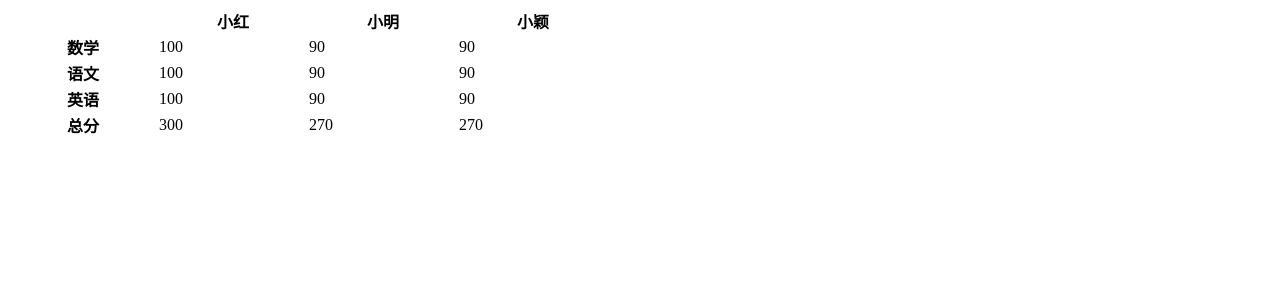
Repository: Lixianlai-2/html-demo-1
Page: table.html
These files come from the project's save history. The page is drawn as it stood at one moment and after the next save; the edit follows.
The browser window is 1280 px wide. The pictures show the whole page.

Above is the page before, as saved 2021-11-27 14:25:33.

After the next save:
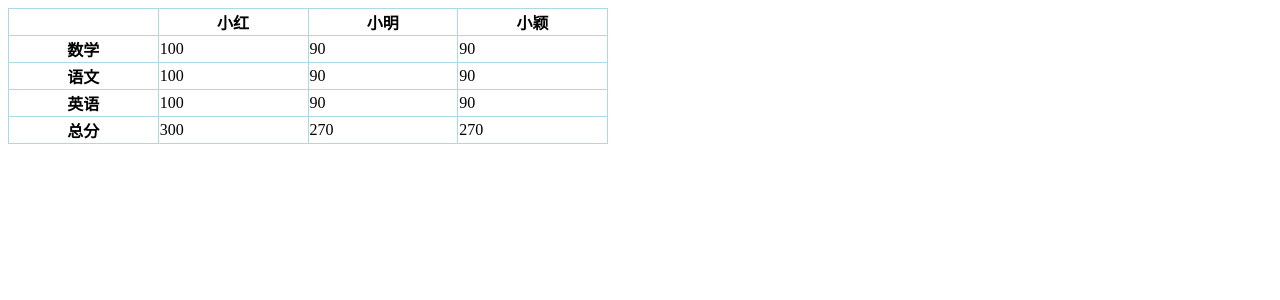
Saved 57 s later.
--- a/table.html
+++ b/table.html
@@ -11,6 +11,10 @@
         table-layout: auto;
         border-collapse: collapse;
         border-spacing: 0;
+      }
+      td,
+      th {
+        border: 1px solid lightblue;
       }
     </style>
   </head>
